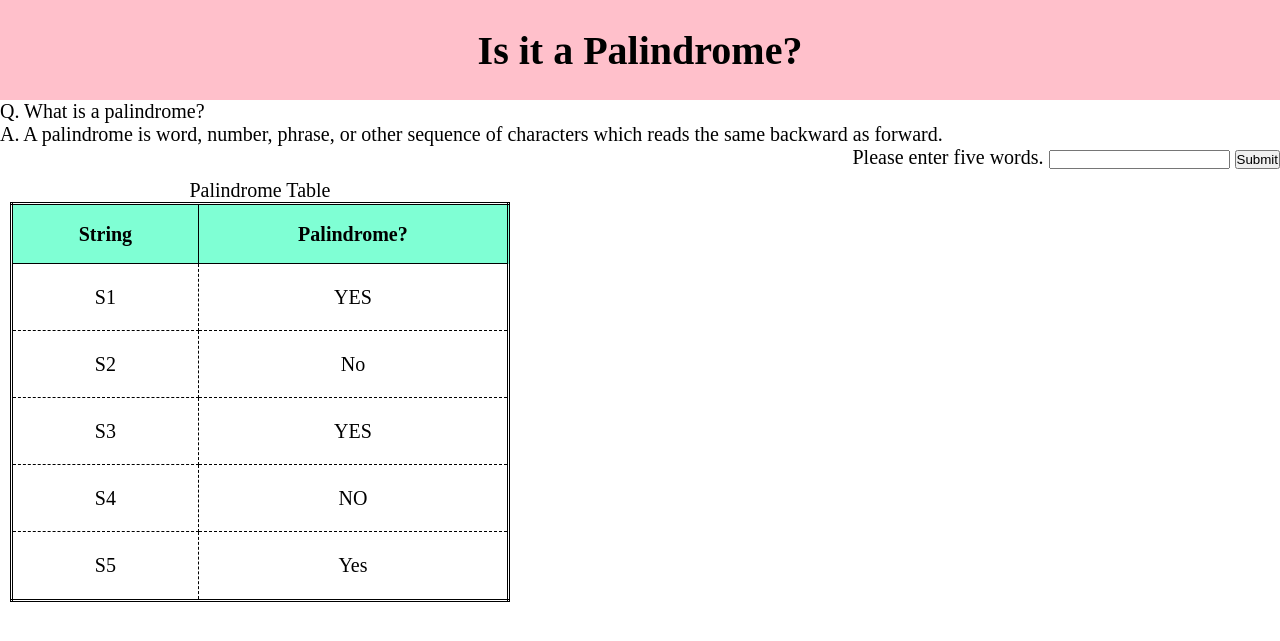
Repository: mlmEFSC21/P18-Palindrome-Table
Page: palindrome.html
The author's editor kept a copy of each file at every save. The page is drawn from the files as they stood at one save, then again after the next save.
The browser window is 1280 px wide. The pictures show the whole page.

Above is the page before, as saved 2022-04-03 17:51:29.

After the next save:
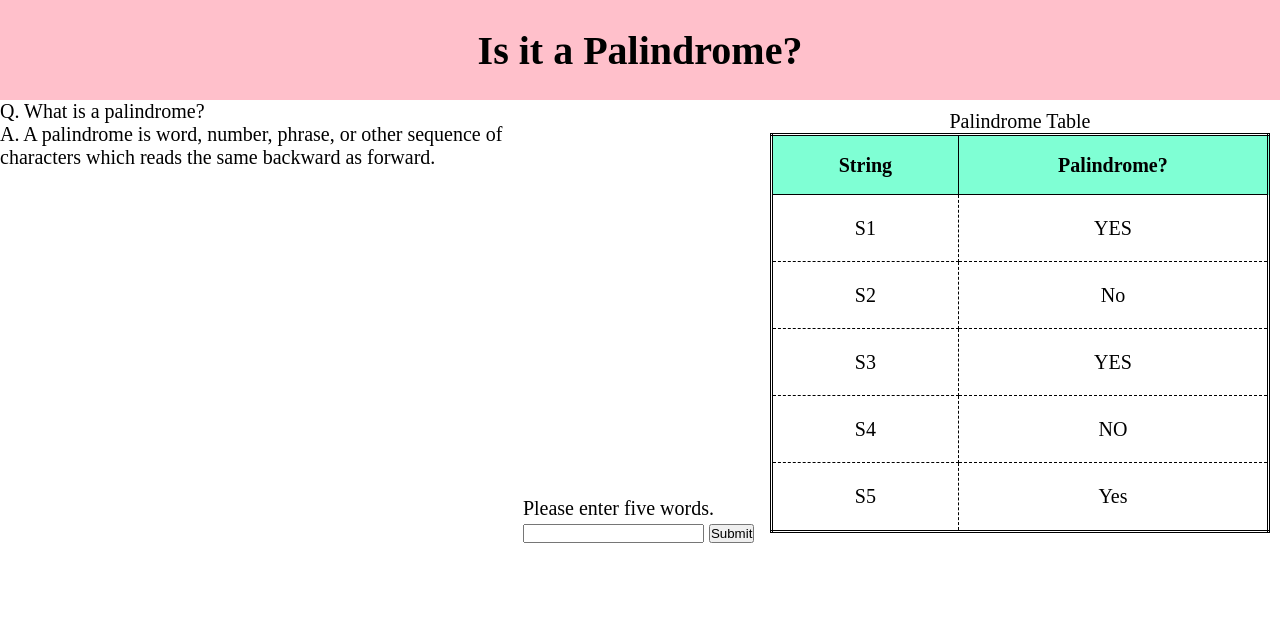
Saved 22 s later.
--- a/palindrome.css
+++ b/palindrome.css
@@ -17,7 +17,7 @@ header {
 }
 .mainContent {
     display: flex;
-    flex-direction: column;
+    /* flex-direction: column; */
 }
 .formContainer {
     align-self: flex-end;
